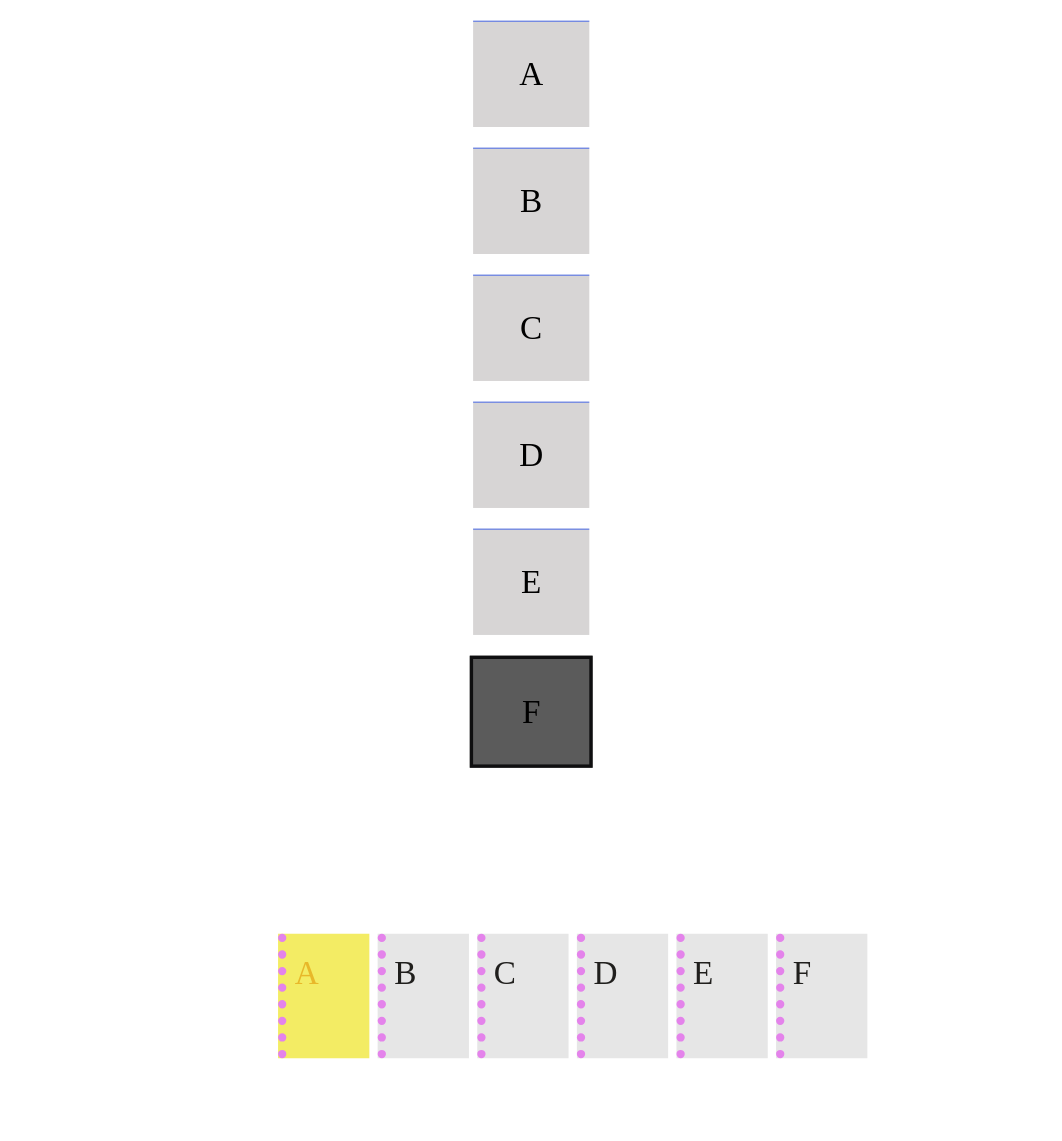
Repository: HoangDuy315/HW_TVK
Page: ex2/index.html
An editor plug-in stored every save of this project. The page is shown before and after the next save, followed by the edit.
The browser window is 1280 px wide. The pictures show the whole page, at 83% of full size.

Above is the page before, as saved 2022-10-10 21:12:51.

After the next save:
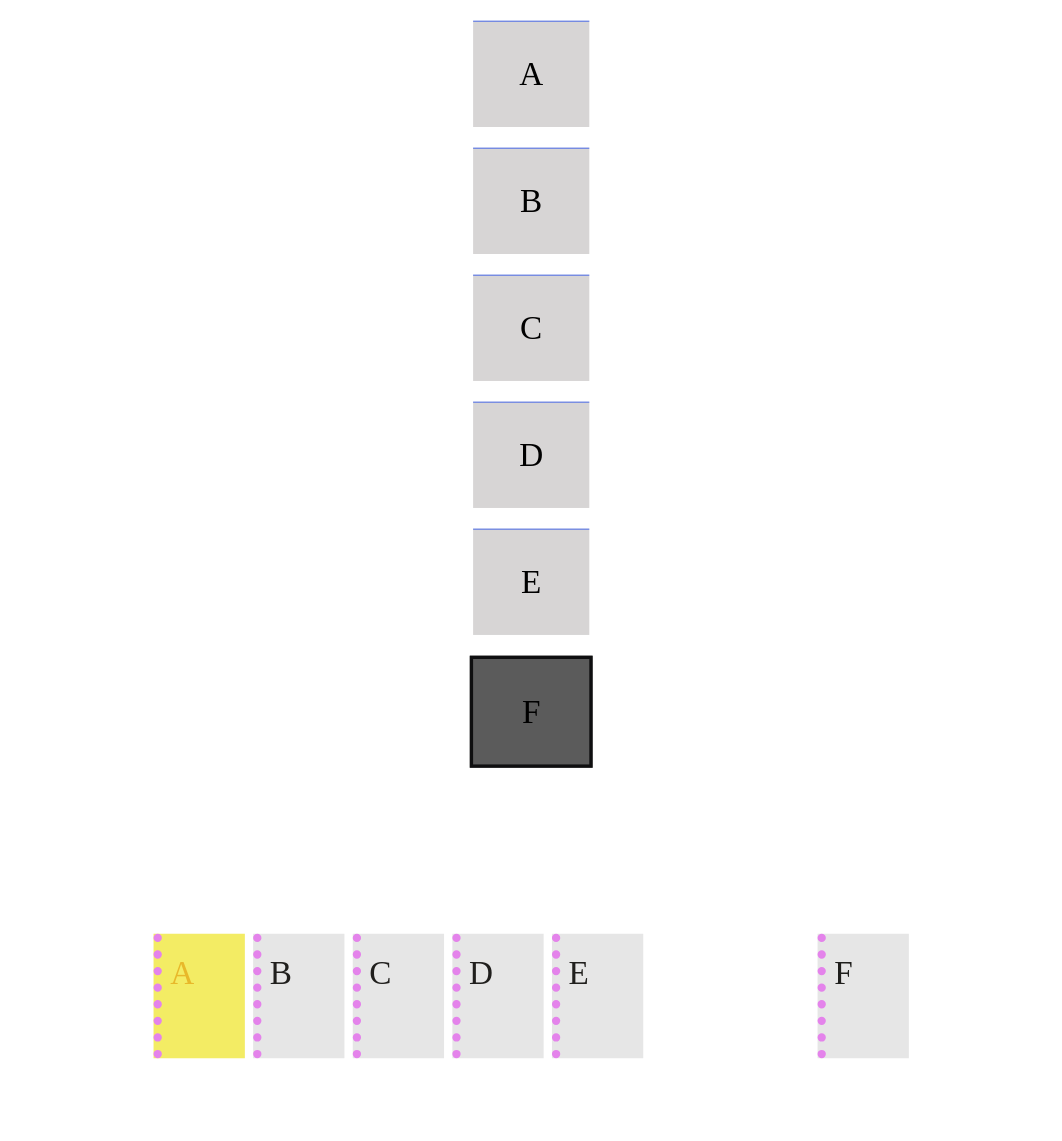
Saved 18 s later.
--- a/ex2/styleB.css
+++ b/ex2/styleB.css
@@ -38,7 +38,7 @@
   margin-bottom: -100px;
   display: flex;
   align-items: center;
-  margin-right: -100px;
+  margin-left: 200px;
   height: 150px;
   width: 100px;
   font-size: 40px;
